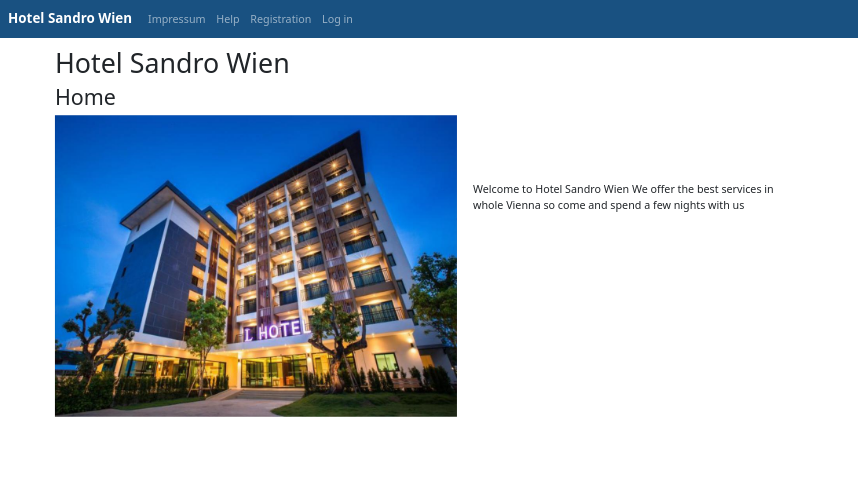
Repository: TIS0N/Hotel_Sandro
Page: http://localhost/
An editor plug-in stored every save of this project. The page is shown before and after the next save, followed by the edit.
The browser window is 1280 px wide. The pictures show the whole page, at 67% of full size.
The page is run by PHP 8.4 with error messages shown; the project is at /var/www/html/.

Above is the page before, as saved 2023-01-13 21:53:56.

### index.php
<?php
session_start();
include_once "./config/dbaccess.php";
?>

<!DOCTYPE html>
<html lang="en">
<head>
    <meta charset="UTF-8">
    <meta http-equiv="X-UA-Compatible" content="IE=edge">
    <meta name="viewport" content="width=device-width, initial-scale=1.0">
    <link rel="stylesheet" href="res/css/stylesheet.css">
    <link href="https://cdn.jsdelivr.net/npm/bootstrap@5.2.2/dist/css/bootstrap.min.css" rel="stylesheet" integrity="sha384-Zenh87qX5JnK2Jl0vWa8Ck2rdkQ2Bzep5IDxbcnCeuOxjzrPF/et3URy9Bv1WTRi" crossorigin="anonymous">
    <script src="https://cdn.jsdelivr.net/npm/bootstrap@5.2.2/dist/js/bootstrap.bundle.min.js" integrity="sha384-OERcA2EqjJCMA+/3y+gxIOqMEjwtxJY7qPCqsdltbNJuaOe923+mo//f6V8Qbsw3" crossorigin="anonymous"></script>
    <title>Hotel Sandro Wien</title>
</head>

<body id="body"> <!--style="background-color: rgb(63, 72, 84); color: burlywood">-->
    <?php
    include "./pages/navigation.php";
    include "./pages/footer.php";
    ?>

    <div class="container text-start">
        <div class="row align-items-starts">
            <div class="col">
                <h1>Hotel Sandro Wien</h1>
                <h2>Home</h2>
                <img src="./res/img/hotel.jpg" id="hotelSandroPhoto" alt="Photo of Hotel Sandro Wien">
            </div>
            <div class="col" id="welcomeText" style="padding-top: 200px;">

                Welcome to Hotel Sandro Wien
                We offer the best services in whole Vienna so come and spend a few nights with us
            </div>
        </div>
    </div>

</body>
</html>

### config/dbaccess.php
<?php
    $host = "localhost";
    $username = "root";
    $password = "";
    $database = "hotelsandrodb";

    $conn=mysqli_connect($host, $username, $password, $database);

    if(!$conn){
        die("Connection failed: ".mysqli_connect_error());
    }
?>

### pages/navigation.php
<?php
    if(file_exists("./index.php")){
        $includePath = ".";
    }
    else{
        $includePath = "..";
    }
?>

<div id="navBar">
        <nav class="navbar fixed-top navbar-expand-lg navbar-dark" style="background-color: #195181;">
            <div class="container-fluid">
                <a class="navbar-brand" href= <?php echo "$includePath/index.php"?> style="color: rgb(255, 255, 255);"><strong>Hotel Sandro Wien</strong></a>
                <button class="navbar-toggler" type="button" data-bs-toggle="collapse" data-bs-target="#navbarNav" aria-controls="navbarNav" aria-expanded="false" aria-label="Toggle navigation">
                    <span class="navbar-toggler-icon"></span>
                </button>
                <div class="collapse navbar-collapse" id="navbarNav">
                    <ul class="navbar-nav">
                        <li class="nav-item">
                            <a class="nav-link"href= <?php echo "$includePath/pages/impressum.php"?> class="navbar-brand">Impressum</a>
                        </li>
                        <li class="nav-item">
                            <a class="nav-link" href=<?php echo "$includePath/pages/help.php"?> class="navbar-brand">Help</a>
                        </li>
<!--
                        <li class="nav-item">
                            <a class="nav-link" href=<?php echo "$includePath/pages/registration.php"?> class="navbar-brand">Registration</a>
                        </li>
                        <li class="nav-item">
                            <a class="nav-link" href=<?php echo "$includePath/pages/login.php"?> class="navbar-brand">Log in</a>
                        </li>
                        <li class="nav-item">
                            <a class="nav-link" href=<?php echo "$includePath/inc/profile.php"?> class="navbar-brand">Profile</a>
                        </li>
-->
                        <?php
                        if(isset($_SESSION["useruid"])){
                            echo "<li class='nav-item'><a class='nav-link' href=" . "$includePath/pages/profile.php" . " class='navbar-brand'>Profile</a></li>";
                            echo "<li class='nav-item'><a class='nav-link' href=" . "$includePath/inc/logout.inc.php" . " class='navbar-brand'>Log out</a></li>";
                        }else{
                            echo "<li class='nav-item'><a class='nav-link' href=" . "$includePath/pages/registration.php" . " class='navbar-brand'>Registration</a></li>";
                            echo "<li class='nav-item'><a class='nav-link' href=" . "$includePath/pages/login.php" . " class='navbar-brand'>Log in</a></li>";
                        }
                        ?>

                    </ul>
                </div>
            </div>
        </nav>
    </div>

### pages/footer.php
<footer class="bg text-white text-center justify-content-center fixed-bottom" style="color:#195181;">
      <div class="container">
        <p class="lead">Copyright &copy; 2022 Hotel Sandro Wien</p>

        <a href="index.php" class="position-absolute bottom-0 end-0 p-5">
          <i class="bi bi-arrow-up-circle h1"></i>
        </a>
      </div>
    </footer>

### res/css/stylesheet.css
body{
    /*background-color: rgb(63, 72, 84);*/
    background-color: white;
    color: #195181;
    padding-top: 70px;
    padding-bottom: 70px;
    text-align: center;
    /*font-family: cursive;*/
}

#hotelSandroPhoto{
    width: 600px;
    height: 450px;
}

#formular{
    background-color: #195181;
    /*border-radius: 10px;*/
    border-color: rgb(255, 255, 255);
    border-style: double;
}

### pages/impressum.php
<!DOCTYPE html>
<html lang="en">
<head>
    <meta charset="UTF-8">
    <meta http-equiv="X-UA-Compatible" content="IE=edge">
    <meta name="viewport" content="width=device-width, initial-scale=1.0">
    <link href="https://cdn.jsdelivr.net/npm/bootstrap@5.2.2/dist/css/bootstrap.min.css" rel="stylesheet" integrity="sha384-Zenh87qX5JnK2Jl0vWa8Ck2rdkQ2Bzep5IDxbcnCeuOxjzrPF/et3URy9Bv1WTRi" crossorigin="anonymous">
    <script src="https://cdn.jsdelivr.net/npm/bootstrap@5.2.2/dist/js/bootstrap.bundle.min.js" integrity="sha384-OERcA2EqjJCMA+/3y+gxIOqMEjwtxJY7qPCqsdltbNJuaOe923+mo//f6V8Qbsw3" crossorigin="anonymous"></script>
    <link rel="stylesheet" href="../res/css/stylesheet.css">
    <title>Hotel Sandro Wien - Impressum</title>
</head>
<body id="body">

<?php
//include "navigation.php";
?>

    <div class="container text-start" id="impressum">
        <div class="row align-items-start">
            <div class="col">
                <h1>Impressum</h1><br>


                <p>
                    Informationspflicht laut §5 E-Commerce Gesetz, §14 Unternehmensgesetzbuch, §63 Gewerbeordnung und Offenlegungspflicht laut §25 Mediengesetz.
                </p>
                <p>
                    Hote Sandro Wien<br>
                    Musterstrasse 1, Stiege 1 Tür 1, <br>
                    1234 Musterhausen, <br>
                    Österreich
                </p>
                <p>
                    <strong>Unternehmensgegenstand:</strong> IT Dienstleistungen<br>
                    <strong>UID-Nummer:</strong> ATU12345678<br>
                    <strong>Firmenbuchnummer:</strong> 123456a<br>
                    <strong>Firmenbuchgericht:</strong> Musterhausen<br>
                    <strong>Firmensitz:</strong> 1234 Musterhausen
                </p>
                <p>
                    <strong>Tel.:</strong> 01234/56789<br>
                    <strong>Fax:</strong> 01234/56789-0<br>
                    <strong>E-Mail:</strong> <a href="mailto:office@musterfirma.com">office@musterfirma.com</a>
                </p>
                <p>
                    <strong>Mitglied bei:</strong> WKO, Landesinnung, etc.<br>
                    <strong>Berufsrecht:</strong> Gewerbeordnung: www.ris.bka.gv.at
                </p>

                <p>
                    <strong>Aufsichtsbehörde/Gewerbebehörde:</strong> Bezirkshauptmannschaft Musterhausen<br>
                    <strong>Berufsbezeichnung:</strong> Webdesigner, Grafiker<br>
                    <strong>Verleihungsstaat:</strong> Österreich
                </p>
                <p>
                    <strong>Geschäftsführer</strong>
                    <br/>Adam Tisoncik
                </p>
                <p>
                    <strong>Beteiligungsverhältnisse</strong><br>
                    Gesellschafter: Adam Tisoncik 100%
                </p>
            </div>
            <div class="col" style="text-align: center;">
            <br><br><br><br>
                <img src="../res/img/AdamTisoncik.jpg" alt="Profile photo of Adam Tisoncik" width="300" height="450">
            </div>
        </div>
    </div>

<?php
include "footer.php";
?>

</body>
</html>

### pages/help.php
<!DOCTYPE html>
<html lang="en">
<head>
    <meta charset="UTF-8">
    <meta http-equiv="X-UA-Compatible" content="IE=edge">
    <meta name="viewport" content="width=device-width, initial-scale=1.0">
    <link href="https://cdn.jsdelivr.net/npm/bootstrap@5.2.2/dist/css/bootstrap.min.css" rel="stylesheet" integrity="sha384-Zenh87qX5JnK2Jl0vWa8Ck2rdkQ2Bzep5IDxbcnCeuOxjzrPF/et3URy9Bv1WTRi" crossorigin="anonymous">
    <script src="https://cdn.jsdelivr.net/npm/bootstrap@5.2.2/dist/js/bootstrap.bundle.min.js" integrity="sha384-OERcA2EqjJCMA+/3y+gxIOqMEjwtxJY7qPCqsdltbNJuaOe923+mo//f6V8Qbsw3" crossorigin="anonymous"></script>
    <link rel="stylesheet" href="../res/css/stylesheet.css">
    <title>Hotel Sandro Wien - Help</title>
</head>
<body id="body">

<?php
//include "navigation.php";
?>

    <div class="container text-center">
        <div class="row align-items-start">
            <div class="col">
            One of three columns
            </div>
            <div class="col">
            One of three columns
            </div>
        </div>
    </div>

    <h1>Hotel Sandro Wien</h1>
    <h2>Help Q&A</h2>
    <h3>Most asked questions</h3>
    <p>How can I create an account?</p><br>
    <p>How to log in?</p><br>
    <p>Why Hotel Sandro</p><br><br><br><br>
    <h1>To find out more, contact us here: email@gmail.com</h1>


<?php
include "footer.php";
?>


</body>
</html>

After the next save:
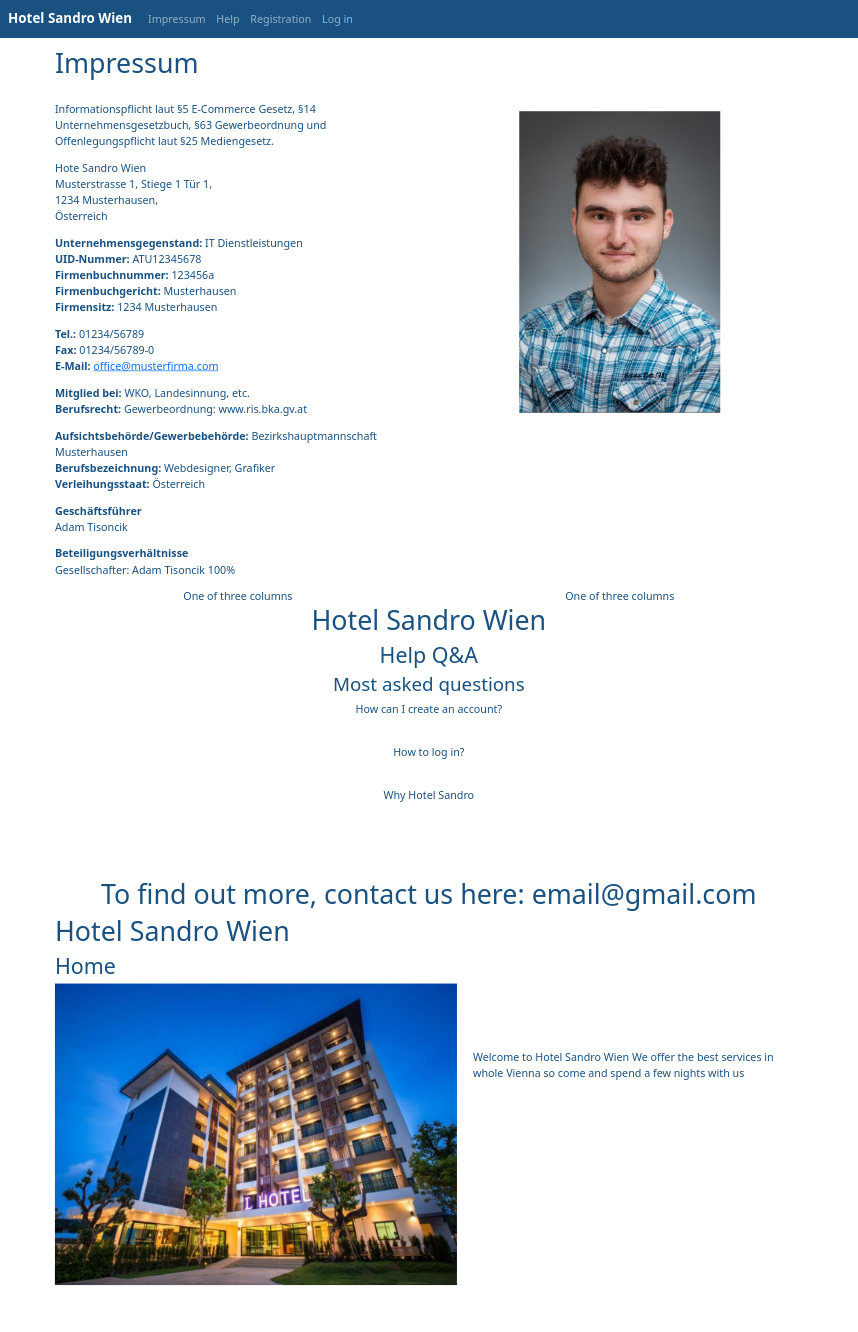
Saved 33 s later.
--- a/index.php
+++ b/index.php
@@ -19,6 +19,8 @@
     <?php
     include "./pages/navigation.php";
     include "./pages/footer.php";
+    include "./pages/impressum.php";
+    include "./pages/help.php";
     ?>
 
     <div class="container text-start">

After the save that followed:
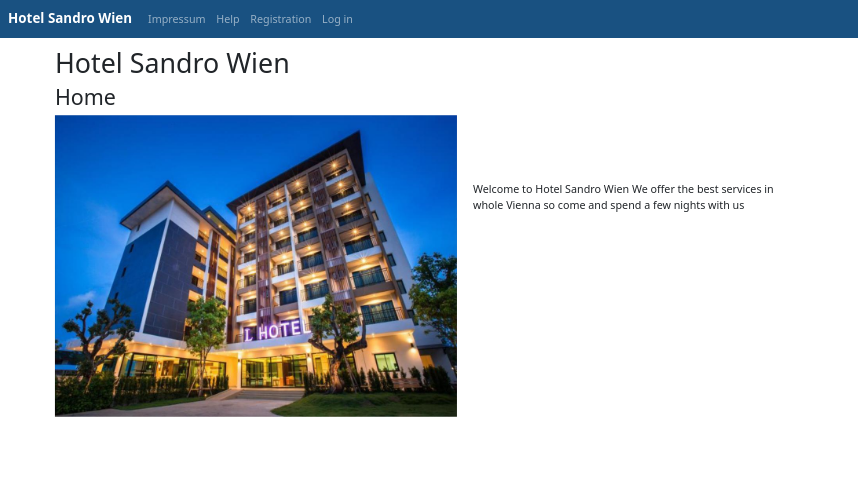
Saved 36 s later.
--- a/index.php
+++ b/index.php
@@ -19,8 +19,6 @@
     <?php
     include "./pages/navigation.php";
     include "./pages/footer.php";
-    include "./pages/impressum.php";
-    include "./pages/help.php";
     ?>
 
     <div class="container text-start">
